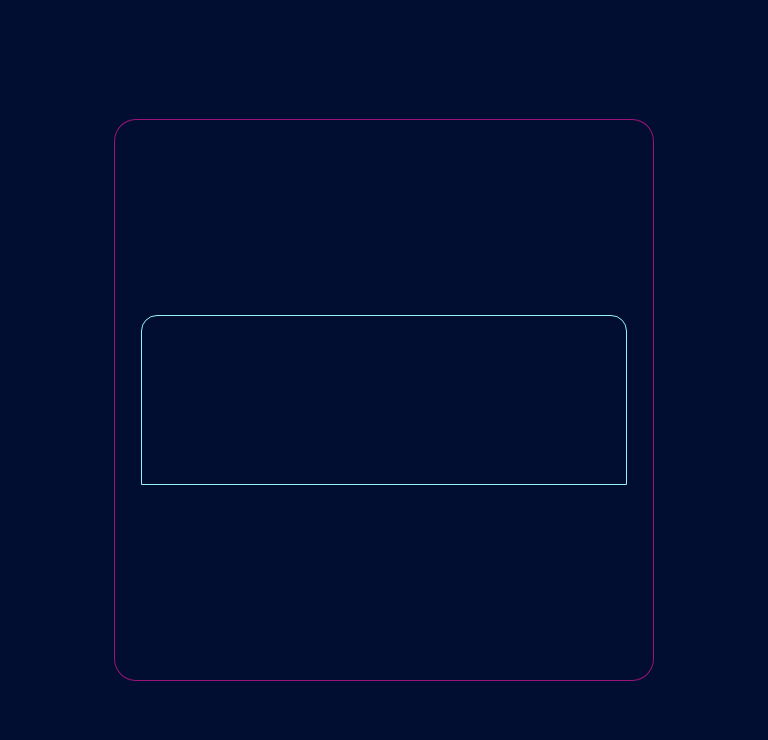
Repository: 2001mariana/Calculator_react
Page: /
The author's editor kept a copy of each file at every save. The page is drawn from the files as they stood at one save, then again after a run of saves.
The browser window is 768 px wide. The pictures show the whole page.
The project was rebuilt for these pictures with package versions that can differ from the ones it lists, and the page was loaded fresh each time.

Above is the page before, as saved 2023-02-06 17:34:03.

After the next 3 saves:
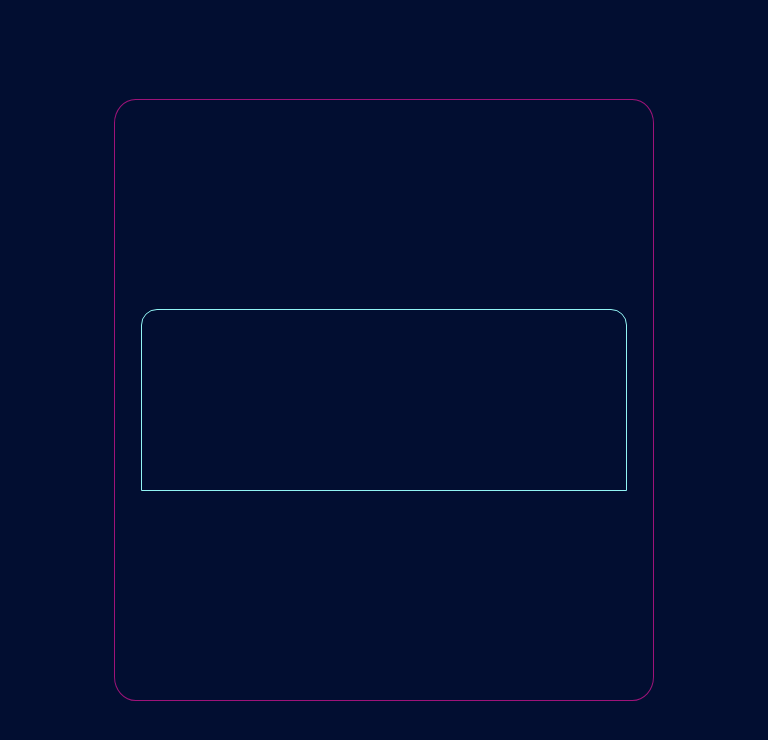
The 3 saves are shown as one change because they came seconds apart.
The last was saved 12 s later.
--- a/src/App.css
+++ b/src/App.css
@@ -54,6 +54,7 @@
 @media (max-width: 800px) {
   .Calculator__body {
     width: 70vw;
+    height: 75vh;
   }
 }
 
